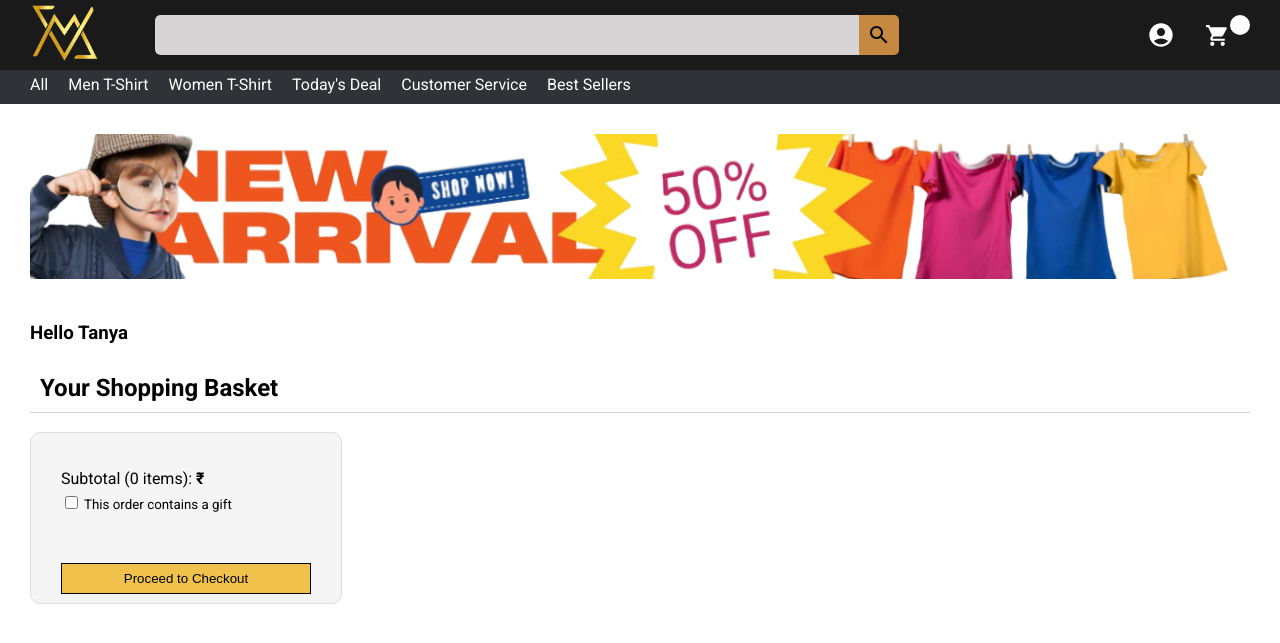
Repository: RiwanshiSoni/MatraVastra
Page: /cart
An editor plug-in stored every save of this project. The page is shown before and after the next save, followed by the edit.
The browser window is 1280 px wide. The pictures show the whole page.
The page's requests for data from a server got no answer. The project was rebuilt for these pictures with package versions that can differ from the ones it lists, and the page was loaded fresh each time. No one was signed in, and anything a server would have sent is missing. Also part of the build but not shown: vite.config.js, src/Product.jsx, src/Login.jsx, src/Slider.jsx, src/SignUp.jsx, src/css/banner.css, src/Banner.jsx.

Above is the page before, as saved 2024-08-29 19:56:48.

After the next save:
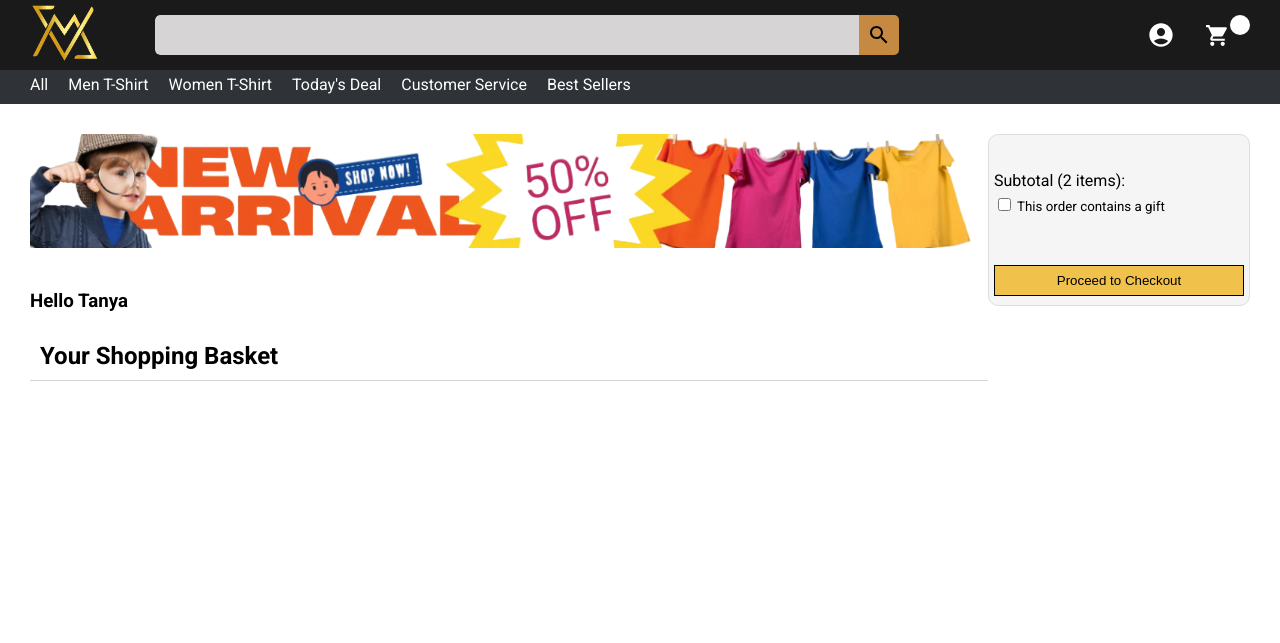
Saved 42 s later.
--- a/src/ShoppingCart.jsx
+++ b/src/ShoppingCart.jsx
@@ -5,12 +5,6 @@
 
 function ShoppingCart({ cart }) {
   console.log(cart);
-
-// Calculate subtotal
-  const calculateSubtotal = () => {
-    return cart?.line_items?.reduce((acc, item) => acc + item.price.raw * item.quantity, 0).toFixed(2);
-  };
-
   return (
     <div className="checkout">
       <div className="checkout_left">
@@ -25,7 +19,7 @@
             return (
               <div className="checkoutProduct" key={item.id}>
                 <img
-                  src={item.media.source}
+                  src={item.image.source}
                   className="checkoutProduct_img"
                   alt="Product"
                 />
@@ -43,28 +37,34 @@
             );
           })}
 
+          {/* <div className="checkoutProduct">
+            <img src={CheckoutProductImg} className="checkoutProduct_img" alt="Product" />
+            <div className="checkoutProduct_info">
+              <p className='checkoutProduct_title'>Product Name</p>
+              <p className='checkoutProduct_price'>
+                <strong>₹600.00 * 1 = ₹ 600</strong>
+              </p>
+              <button>Remove From Basket</button>
+            </div>
+          </div> */}
+        </div>
+      </div>
+      <div className="checkout_right">
+        <div className="subtotal">
+          <p  className='p'>
+            Subtotal (2 items): <strong>{cart.total_items}</strong>
 
 
+          </p>
+          <small className="subtotal_gift">
+            <input type="checkbox"/> This order contains a gift
+          </small>
 
-<div className="checkout_right">
-        <div className="subtotal">
-         <p className='p'>
-            Subtotal ({cart?.total_items || 0} items):
-            <strong> ₹{calculateSubtotal()}</strong>
-          </p>
-         <small className="subtotal_gift">
-           <input type="checkbox" /> This order contains a gift
-         </small>
-          <div className="subtotalButton">
-            <button className='proceedToCheckOutButton'>Proceed to Checkout</button>
+        <div className="subtotalButton">
+          <button className='proceedToCheckOutButton'>Proceed to Checkout</button>
           </div>
-       </div>
-    </div>
-
-
         </div>
       </div>
-
     </div>
   );
 }
